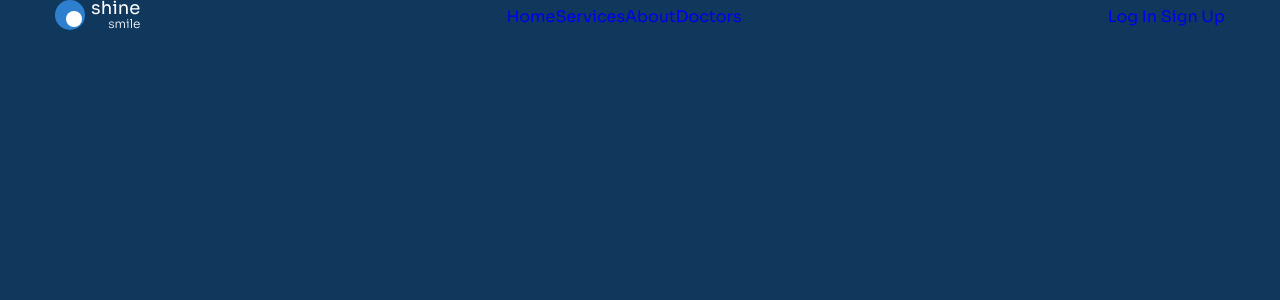
Repository: anhtien111198/f8-htmlcss-03
Page: index.html
The author's editor kept a copy of each file at every save. The page is drawn from the files as they stood at one save, then again after the next save.
The browser window is 1280 px wide. The pictures show the whole page.

Above is the page before, as saved 2023-05-12 09:34:23.

After the next save:
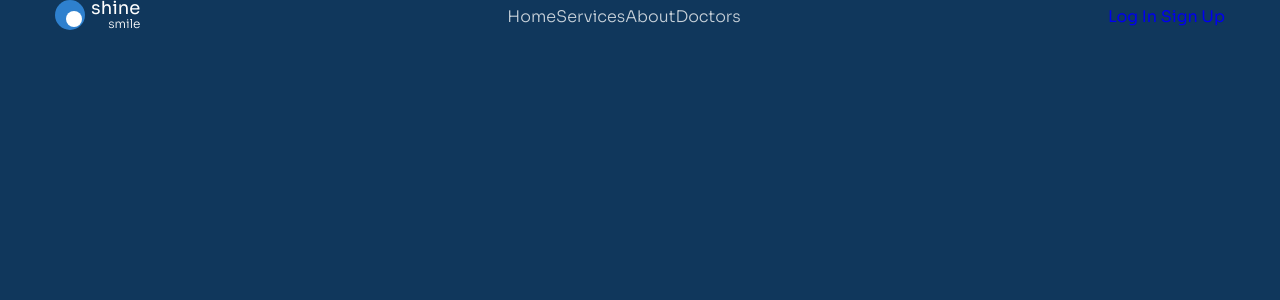
Saved 79 s later.
--- a/assets/css/style.css
+++ b/assets/css/style.css
@@ -73,3 +73,9 @@ a {
 .navbar__list {
     display: flex;
 }
+.navbar__link {
+    font-weight: 300;
+    font-size: 1.6rem;
+    line-height: 1.75;
+    color: #c9d2da;
+}
